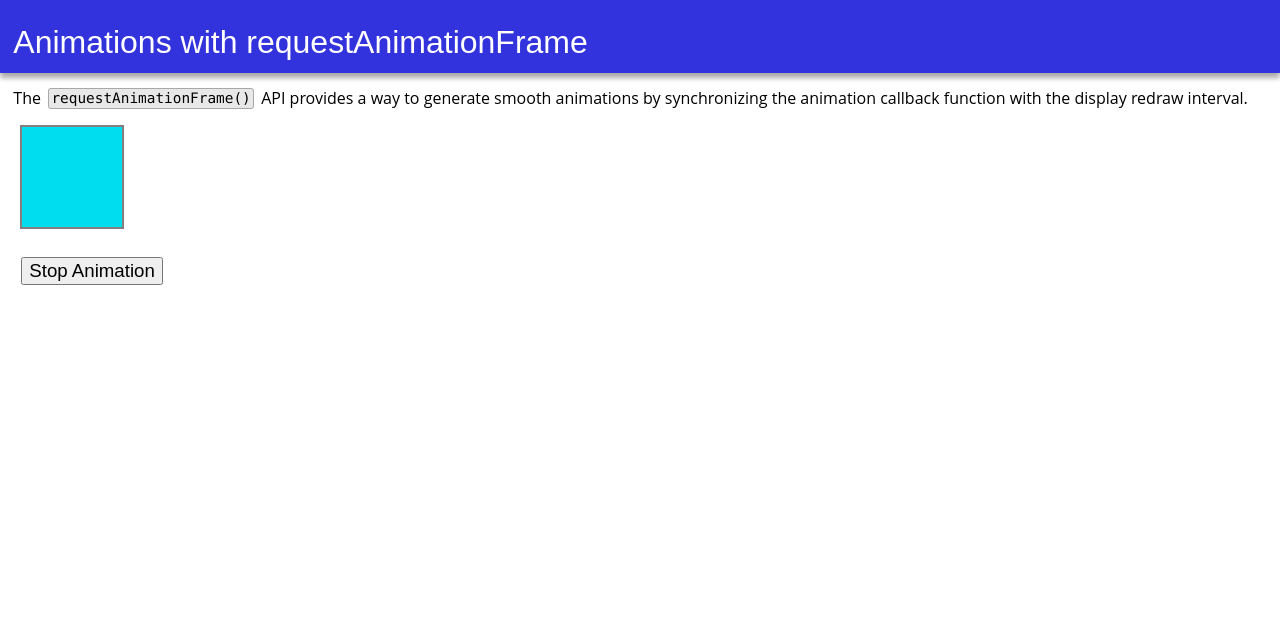
Repository: craig-o-curtis/browser-apis
Page: pages/animation.html
These files come from the project's save history. The page is drawn as it stood at one moment and after the next save; the edit follows.
The browser window is 1280 px wide. The pictures show the whole page.

Above is the page before, as saved 2020-05-14 11:01:00.

After the next save:
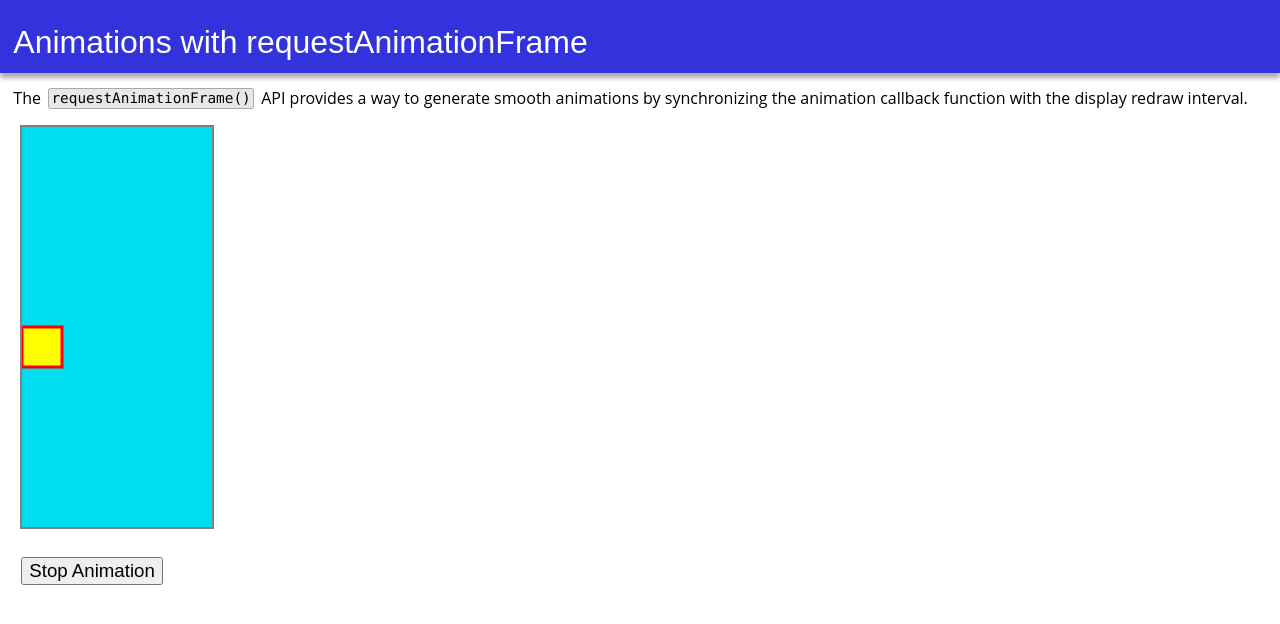
Saved 18 s later.
--- a/pages/animation.html
+++ b/pages/animation.html
@@ -10,7 +10,7 @@
         <div id="content">
             <p>The <code>requestAnimationFrame()</code> API provides a way to generate smooth animations by
                 synchronizing the animation callback function with the display redraw interval.</p>
-            <canvas width="100%" height="100%" id="canvas1">
+            <canvas width="190" height="400" id="canvas1">
                 Your browser does not support the Canvas element
             </canvas>
             <p>
